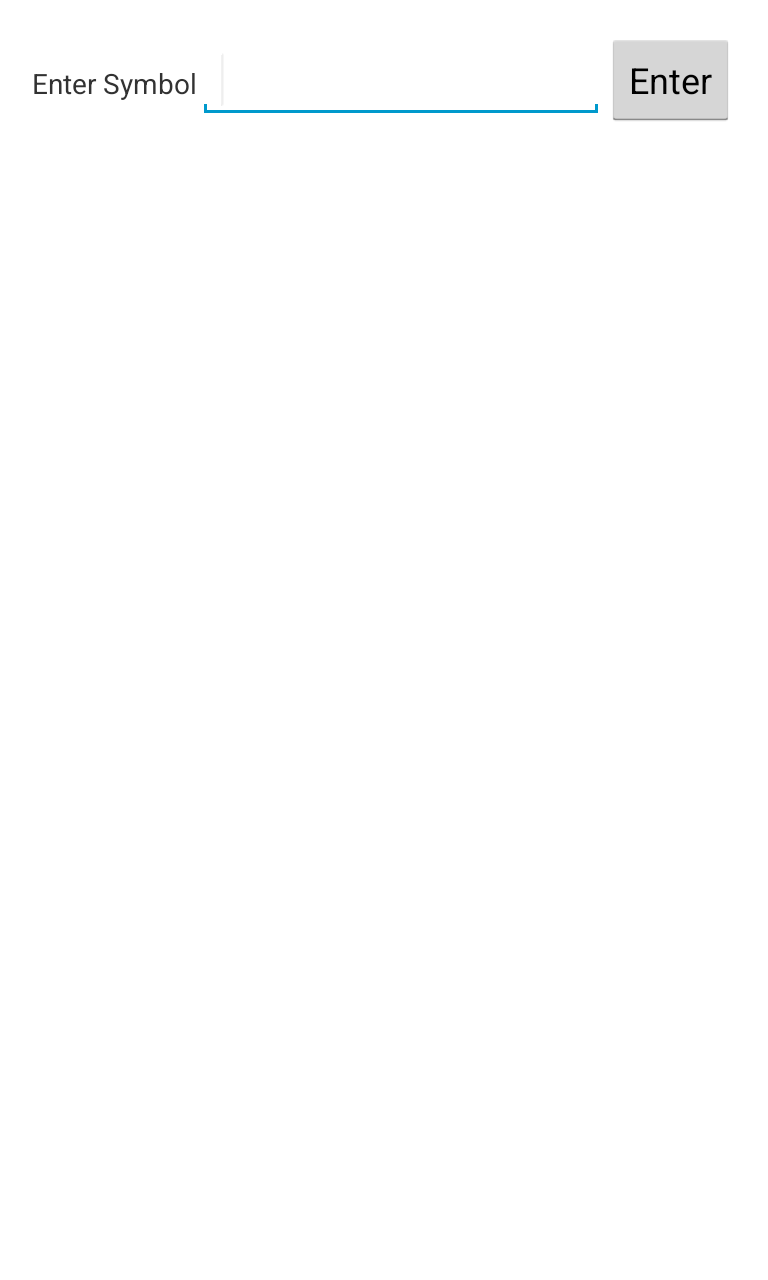
Repository: almeiduh/AndroidApps
Layout: StockQuote/res/layout/activity_main.xml
The author's editor kept a copy of each file at every save. The layout is drawn from the files as they stood at one save, then again after the next save.
It is drawn on a 768 x 1280 px phone screen (xhdpi) without system bars, with theme AppTheme; the app's code is not run.

Above is the layout before, as saved 2014-02-04 23:41:33.

After the next save:
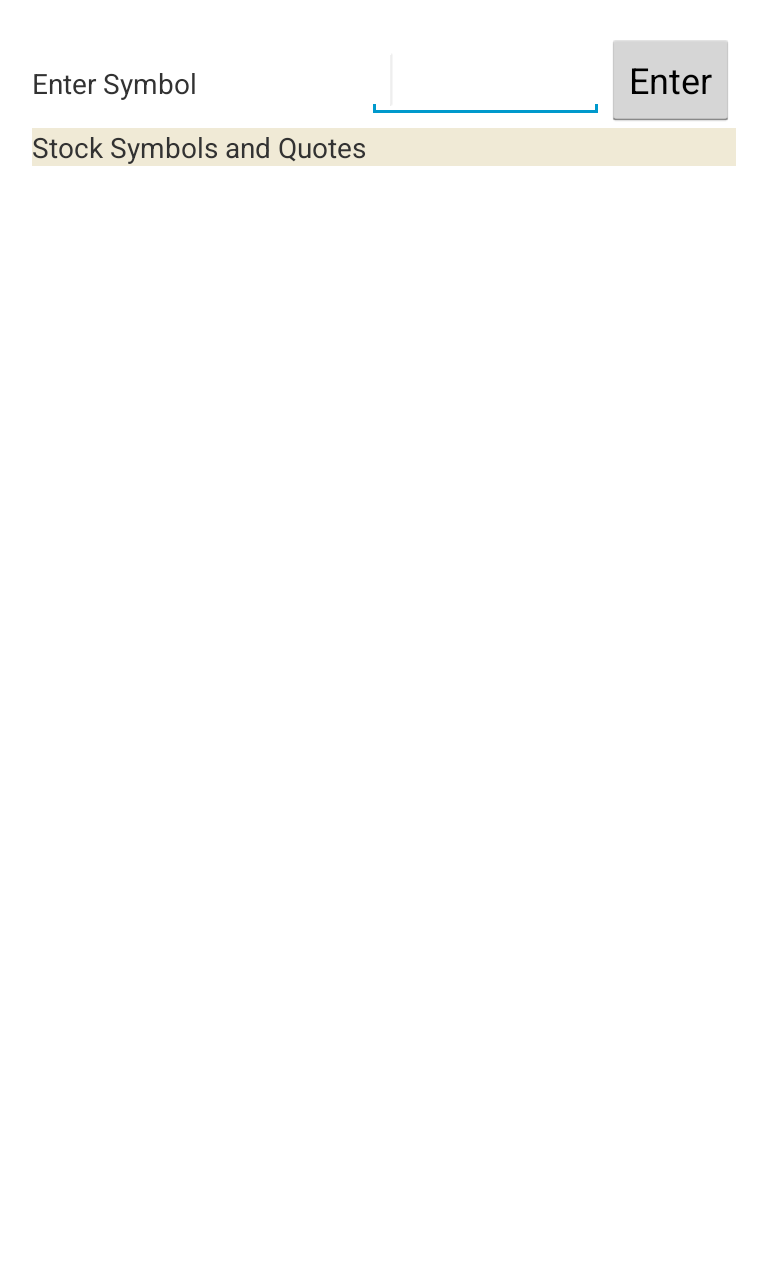
Saved 76 s later.
--- a/StockQuote/res/layout/activity_main.xml
+++ b/StockQuote/res/layout/activity_main.xml
@@ -46,6 +46,12 @@
         android:layout_height="wrap_content"
         android:background="@color/eggshell" >
 
+        <TextView
+            android:id="@+id/stockSymbolTextView"
+            android:layout_width="wrap_content"
+            android:layout_height="wrap_content"
+            android:text="@string/stock_symbol_list" />
+
     </TableRow>
 
 </TableLayout>
